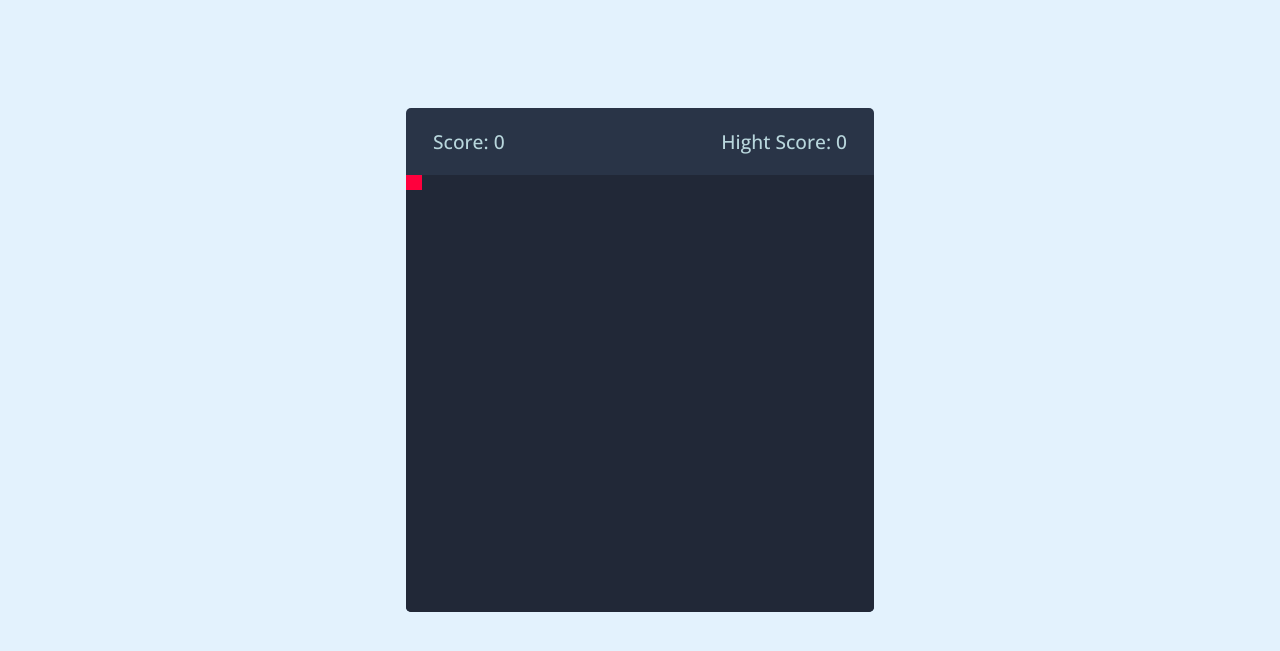
Repository: litaiqiang1407/JS
Page: Snake Game/index.html
These files come from the project's save history. The page is drawn as it stood at one moment and after the next save; the edit follows.
The browser window is 1280 px wide. The pictures show the whole page.

Above is the page before, as saved 2023-05-17 13:22:50.

After the next save:
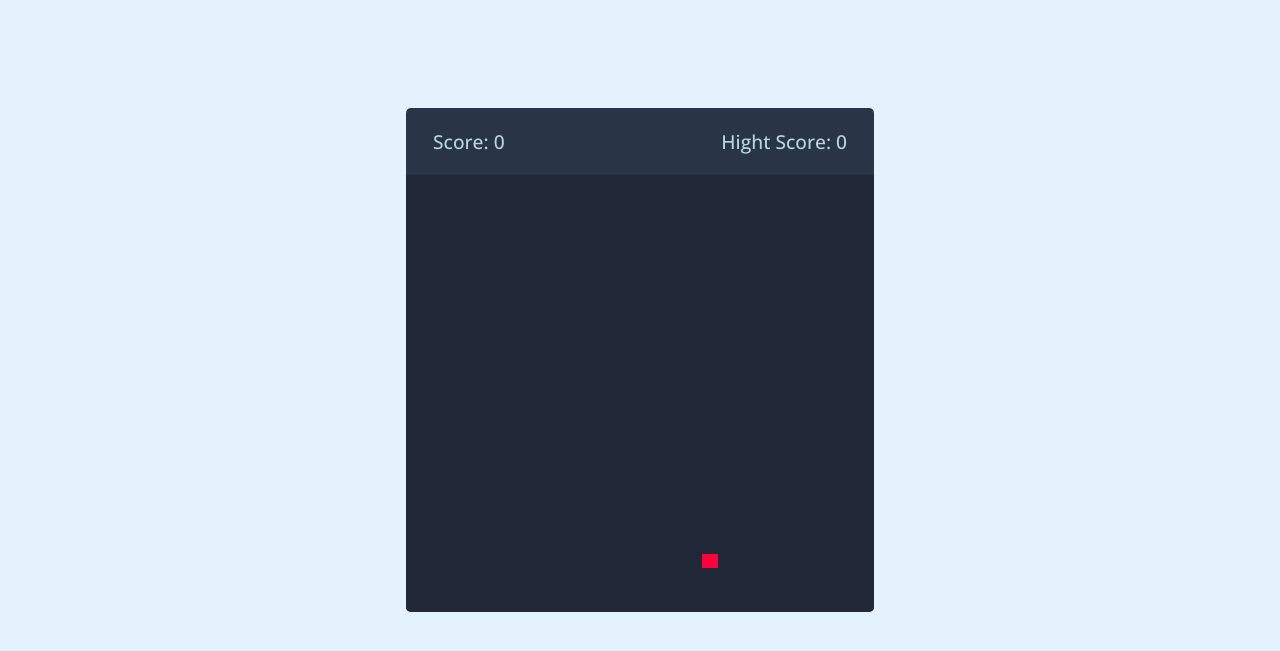
Saved 95 s later.
--- a/Snake Game/script.js
+++ b/Snake Game/script.js
@@ -9,7 +9,7 @@ const changePositionFood = () => {
 };
 
 function initGame() {
-  let htmlMarkup = `<div class="food" grid-area="${foodY} / ${foodX}"></div>`;
+  let htmlMarkup = `<div class="food" style="grid-area: ${foodY} / ${foodX}"></div>`;
   playBoard.innerHTML = htmlMarkup;
 }
 changePositionFood();
